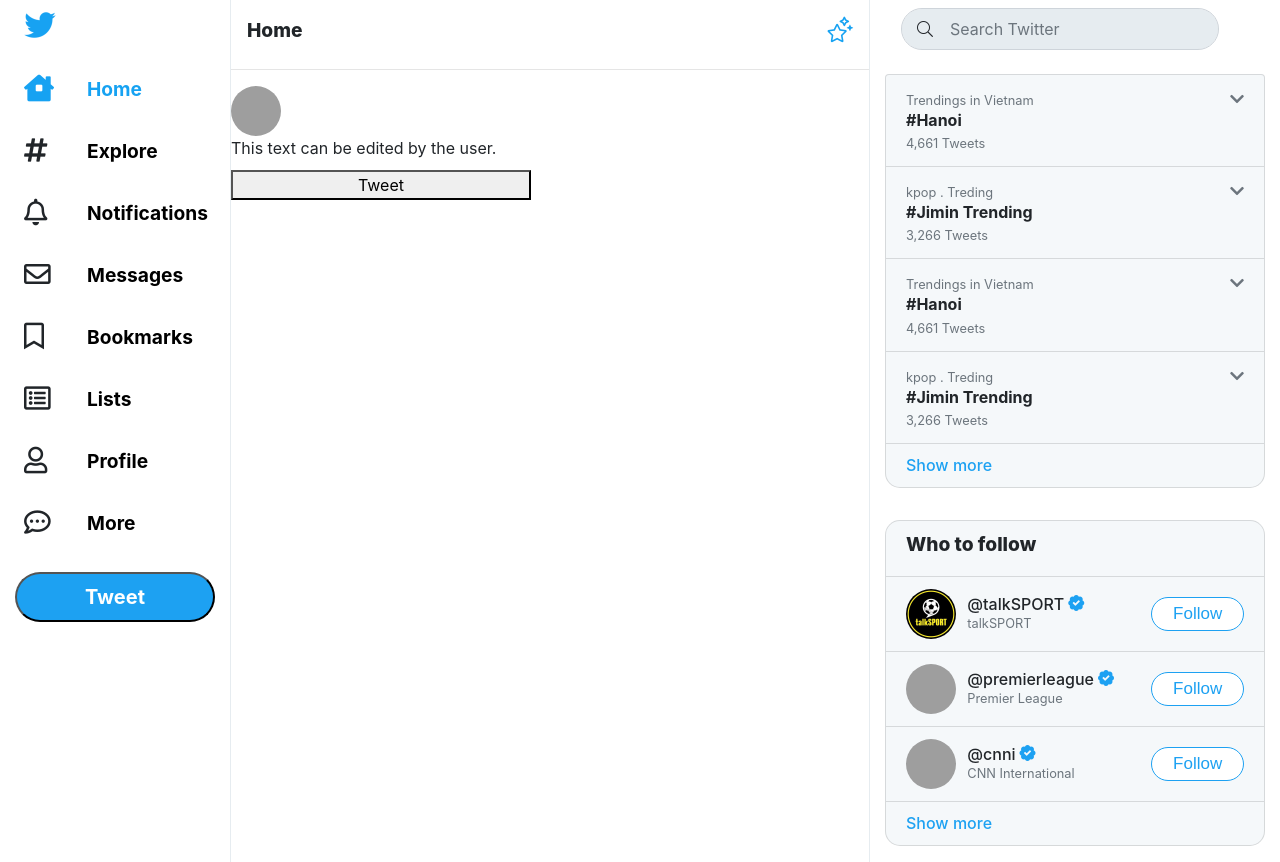
Repository: tts2610/Twitter-clone
Page: index.html
These files come from the project's save history. The page is drawn as it stood at one moment and after the next save; the edit follows.
The browser window is 1280 px wide. The pictures show the whole page.
Pictures or frames that could not be fetched are drawn as grey boxes.

Above is the page before, as saved 2020-05-23 16:03:07.
Console error: TypeError: Cannot read properties of null (reading 'addEventListener')

### index.html
<!DOCTYPE html>
<html lang="en">

<head>
    <meta charset="UTF-8">
    <!-- <meta name="viewport" content="width=device-width, initial-scale=1.0"> -->
    <title>Document</title>
    <link rel="stylesheet" href="css/style.css">
    <!-- Latest compiled and minified CSS -->
    <link rel="stylesheet" href="https://maxcdn.bootstrapcdn.com/bootstrap/4.5.0/css/bootstrap.min.css">

    <!-- jQuery library -->
    <script src="https://ajax.googleapis.com/ajax/libs/jquery/3.5.1/jquery.min.js"></script>

    <!-- Popper JS -->
    <script src="https://cdnjs.cloudflare.com/ajax/libs/popper.js/1.16.0/umd/popper.min.js"></script>

    <!-- Latest compiled JavaScript -->
    <script src="https://maxcdn.bootstrapcdn.com/bootstrap/4.5.0/js/bootstrap.min.js"></script>

    <!-- <link rel="stylesheet" crossorigin="anonymous" href="https://use.fontawesome.com/releases/v5.6.3/css/all.css" integrity="sha384-UHRtZLI+pbxtHCWp1t77Bi1L4ZtiqrqD80Kn4Z8NTSRyMA2Fd33n5dQ8lWUE00s/" /> -->
    <link rel="stylesheet" href="css/all.css">

</head>


<body>
    <div class="container" style="width: 100%;">
        <div class="row">
            <div class="col-3 pr-5">
                <div class="row">
                    <div class="col"><img src="/img/twt-logo1.png" alt="twitter-logo" width="50" height="50"></div>
                </div>
                <div class="row my-3">
                    <div id="outerMenuContainer" style="color: #16a2f2;">
                        <div class="col-2 mr-4 py-2 px-4" style="font-size: 20px;"><i class="fas fa-house fa-lg"></i></div>
                        <div class="col-10 py-2" style="margin-right: 0px;padding-right: 0px;font-weight: 700;font-size: larger;"> <a href="#Home" style="color: #16a2f2;">Home</a></div>
                    </div>

                </div>
                <div class="row my-3">
                    <div id="outerMenuContainer">
                        <div class="col-2 mr-4 py-2 px-4" style="font-size: 20px;"><i class="fas fa-hashtag fa-lg"></i></div>
                        <div class="col-10" style="margin-right: 0px;padding-right: 0px;font-weight: 700;font-size: larger;"><a href="#services">Explore</a></div>

                    </div>
                </div>
                <div class="row my-3">
                    <div id="outerMenuContainer">
                        <div class="col-2 mr-4 py-2 px-4" style="font-size: 20px;"><i class="far fa-bell fa-lg"></i></div>
                        <div class="col-10" style="margin-right: 0px;padding-right: 0px;font-weight: 700;font-size: larger;"><a href="#clients">Notifications</a></div>

                    </div>
                </div>
                <div class="row my-3">
                    <div id="outerMenuContainer">
                        <div class="col-2 mr-4 py-2 px-4" style="font-size: 20px;"><i class="far fa-envelope fa-lg"></i></div>
                        <div class="col-10" style="margin-right: 0px;padding-right: 0px;font-weight: 700;font-size: larger;"><a href="#contact">Messages</a></div>
                    </div>
                </div>
                <div class="row my-3">
                    <div id="outerMenuContainer">
                        <div class="col-2 mr-4 py-2 px-4" style="font-size: 20px;"><i class="far fa-bookmark fa-lg"></i></div>
                        <div class="col-10" style="margin-right: 0px;padding-right: 0px;font-weight: 700;font-size: larger;"><a href="#clients">Bookmarks</a></div>
                    </div>
                </div>
                <div class="row my-3">
                    <div id="outerMenuContainer">
                        <div class="col-2 mr-4 py-2 px-4" style="font-size: 20px;"><i class="far fa-list-alt fa-lg"></i></div>
                        <div class="col-10" style="margin-right: 0px;padding-right: 0px;font-weight: 700;font-size: larger;"><a href="#contact">Lists</a></div>
                    </div>
                </div>
                <div class="row my-3">
                    <div id="outerMenuContainer">
                        <div class="col-2 mr-4 py-2 px-4" style="font-size: 20px;"><i class="far fa-user fa-lg"></i></div>
                        <div class="col-10" style="margin-right: 0px;padding-right: 0px;font-weight: 700;font-size: larger;"><a href="#clients">Profile</a></div>
                    </div>
                </div>
                <div class="row my-3">
                    <div id="outerMenuContainer">
                        <div class="col-2 mr-4 py-2 px-4" style="font-size: 20px;"><i class="far fa-comment-dots fa-lg"></i></div>
                        <div class="col-10" style="margin-right: 0px;padding-right: 0px;font-weight: 700;font-size: larger;"><a href="#contact">More</a></div>
                    </div>
                </div>
                <div class="row my-3">
                    <div class="col"><button class="tweetbtn" href="#">Tweet</button></div>
                </div>
            </div>

            <div class="col-6" style="border-right: #e6ecf0 solid 1px; border-left: #e6ecf0 solid 1px; padding-left: 0px; padding-right: 0px;">
                <nav class="navbar sticky-top navbar-light my-2" id="leftNav">
                    <span>Home</span>
                    <span style="color: #16a2f2;"><i class="fal fa-stars fa-lg"></i></span>
                </nav>
                <hr/>
                <div id="inputArea">
                    <div class="row">
                        <div class="col">
                            <img src="https://d3pc1xvrcw35tl.cloudfront.net/ln/feedImages/643x481/bwpUoL-J_400x400_ckOpi7f_4RVQqqi_ZPjpFJN_cnPYP1e_202004.jpg" id="moreToFollowImg" alt="Avatar">
                        </div>
                        <div class="col"></div>
                    </div>
                    <!-- <input type="text" id="tweetArea" placeholder="What's happening"> -->
                    <div contenteditable="true">
                        This text can be edited by the user.
                    </div>
                    <button id="tweetBtn" onclick="post()">Tweet</button>
                    <span id="remain"></span>
                    <div id="content" class="mt-5">
                    </div>



                </div>
            </div>

            <div class="col-3">
                <nav class="navbar sticky-top navbar-light" id="rightNav">
                    <span style="position: absolute;z-index: 100;"><i class="fal fa-search ml-3"></i></span>
                    <div><input class="form-control mr-sm-2 pl-5" type="search" placeholder="Search Twitter" aria-label="Search" id="search"></div>
                </nav>
                <div id="trendings" class="py-3">
                    <ul class="list-group mb-3">
                        <!-- <li class="list-group-item d-flex justify-content-between lh-condensed header" style="border-radius: 15px 15px 0px 0px;" id="trendingHeader">
                            <div>
                                <div class="trends-header">Trends for you</div>
                            </div>
                            <span class="text-muted"><i class="fal fa-cog" style="COLOR: rgba(29,161,242,1.00); font-size: larger;"></i></span>
                        </li> -->
                        <li class="list-group-item d-flex justify-content-between lh-condensed content" id="trending1">
                            <div>
                                <small class="text-muted">Trendings in Vietnam</small>
                                <h6 class="my-0 hashtag">#Hanoi</h6>
                                <small class="text-muted">4,661 Tweets</small>
                            </div>
                            <span class="text-muted"><i class="fas fa-chevron-down"></i></span>
                        </li>
                        <li class="list-group-item d-flex justify-content-between lh-condensed content" id="trending2">
                            <div>
                                <small class="text-muted">kpop . Treding</small>
                                <h6 class="my-0 hashtag">#Jimin Trending</h6>
                                <small class="text-muted">3,266 Tweets</small>
                            </div>
                            <span class="text-muted"><i class="fas fa-chevron-down"></i></span>
                        </li>
                        <li class="list-group-item d-flex justify-content-between lh-condensed content" id="trending3">
                            <div>
                                <small class="text-muted">Trendings in Vietnam</small>
                                <h6 class="my-0 hashtag">#Hanoi</h6>
                                <small class="text-muted">4,661 Tweets</small>
                            </div>
                            <span class="text-muted"><i class="fas fa-chevron-down"></i></span>
                        </li>
                        <li class="list-group-item d-flex justify-content-between lh-condensed content" id="trending4">
                            <div>
                                <small class="text-muted">kpop . Treding</small>
                                <h6 class="my-0 hashtag">#Jimin Trending</h6>
                                <small class="text-muted">3,266 Tweets</small>
                            </div>
                            <span class="text-muted"><i class="fas fa-chevron-down"></i></span>
                        </li>
                        <li class="list-group-item d-flex justify-content-between lh-condensed content" style="border-radius: 0px 0px 15px 15px">
                            <div>
                                <h6 class="my-0"><a href="#" style="COLOR: rgba(29,161,242,1.00); text-decoration: none;">Show more</a></h6>
                            </div>
                        </li>
                    </ul>
                </div>

                <div id="whoToFollow" class="">
                    <ul class="list-group mb-3">
                        <li class="list-group-item d-flex justify-content-between lh-condensed" style="border-radius: 15px 15px 0px 0px;">
                            <div>
                                <h5 class="whoToFollow-header">Who to follow</h5>
                            </div>
                        </li>
                        <li class="list-group-item content">
                            <div class="row">
                                <div class="col-2">
                                    <img src="img/profileImages/talkSport.jpg" id="moreToFollowImg" alt="Avatar">
                                </div>
                                <div class="col-6">
                                    <div style="display: flex;">
                                        <h6 class="my-0 hashtag">@talkSPORT</h6>
                                        <i class="ml-1 fas fa-badge-check"></i>
                                    </div>

                                    <small class="text-muted">talkSPORT</small>

                                </div>
                                <div class="col-4">
                                    <a href="#" class="followBtn">Follow</a>
                                </div>
                            </div>
                        </li>
                        <li class="list-group-item content">
                            <div class="row">
                                <div class="col-2">
                                    <img src="https://d3pc1xvrcw35tl.cloudfront.net/ln/feedImages/643x481/bwpUoL-J_400x400_ckOpi7f_4RVQqqi_ZPjpFJN_cnPYP1e_202004.jpg" id="moreToFollowImg" alt="Avatar">
                                </div>
                                <div class="col-6">
                                    <div style="display: flex;">
                                        <h6 class="my-0 hashtag">@premierleague</h6>
                                        <i class="ml-1 fas fa-badge-check"></i>
                                    </div>

                                    <small class="text-muted">Premier League</small>

                                </div>
                                <div class="col-4">
                                    <a href="#" class="followBtn">Follow</a>
                                </div>
                            </div>
                        </li>
                        <li class="list-group-item content">
                            <div class="row">
                                <div class="col-2">
                                    <img src="https://upload.wikimedia.org/wikipedia/commons/thumb/6/66/CNN_International_logo.svg/1200px-CNN_International_logo.svg.png" id="moreToFollowImg" alt="Avatar">
                                </div>
                                <div class="col-6">
                                    <div style="display: flex;">
                                        <h6 class="my-0 hashtag">@cnni</h6>
                                        <i class="ml-1 fas fa-badge-check"></i>
                                    </div>

                                    <small class="text-muted">CNN International</small>

                                </div>
                                <div class="col-4">
                                    <a href="#" class="followBtn">Follow</a>
                                </div>
                            </div>
                        </li>
                        <li class="list-group-item d-flex justify-content-between lh-condensed content" style="border-radius: 0px 0px 15px 15px">
                            <div>
                                <h6 class="my-0"><a href="#" style="COLOR: rgba(29,161,242,1.00); text-decoration: none;">Show more</a></h6>
                            </div>
                        </li>
                    </ul>
                </div>
            </div>
        </div>
        <!-- END COL-3 -->
    </div>

    <script src="js/script.js"></script>
    <script src="js/moment.js"></script>
</body>

</html>

### css/style.css
* {
    box-sizing: border-box;
}

body {
    font-family: “Helvetica Neue”, Helvetica, Arial, sans-serif;
}


/* body .container {
    max-width: 80%;
    padding-left: 0px;
    padding-right: 0px;
} */


/* .container {
    width: 60%;
} */

@media (min-width: 1200px) {
    body .container {
        max-width: 100%;
    }
}


/* extra large devices */

@media screen and (min-width: 1800px) {
    body .container {
        max-width: 70%;
    }
}

.container .row .col-3 {
    max-width: 230px;
}

#leftNav {
    display: flex;
    justify-content: space-between;
    font-size: larger;
    font-weight: 800;
    background-color: white;
}

#rightNav {
    min-width: 380px;
    background-color: white;
}

#rightNav .input-group-prepend {
    background-color: white !important;
    color: white !important;
}

#search {
    border-radius: 30px;
    height: 10px;
    padding: 20px;
    position: relative;
    width: 318px;
    background-color: #e6ecf0;
}

.sidenav {
    height: 100%;
    position: fixed;
    z-index: 1;
    top: 0;
    left: 0;
    background-color: rgb(255, 255, 255);
    overflow-x: hidden;
    padding-top: 20px;
    border-right: 1px solid lightgrey;
}

.sidenav a {
    text-decoration: none;
    font-size: 25px;
    color: #000000;
    display: block;
    font-family: system-ui, -apple-system, BlinkMacSystemFont, "Segoe UI", Roboto, Ubuntu, "Helvetica Neue", sans-serif;
    ;
    margin: 5px;
    margin-bottom: 10px;
}

.sidenav a:hover {
    color: #16afdd;
}

.main {
    margin-left: 160px;
    /* Same as the width of the sidenav /
    font-size: 28px; / Increased text to enable scrolling */
    padding: 0px 10px;
}

@media screen and (max-height: 450px) {
    .sidenav {
        padding-top: 15px;
    }
    .sidenav a {
        font-size: 18px;
    }
}

.tweetbtn {
    height: 50px;
    width: 200px;
    border-radius: 40px;
    background-color: rgb(29, 161, 242);
    color: white;
    font-weight: bolder;
    font-size: 20px;
    cursor: pointer;
    margin-left: 0px;
    margin-top: 10px;
}

.tweetbtn:hover {
    background-color: rgba(26, 145, 218);
}

.home {
    display: flex;
}

.explore {
    display: flex;
}

.notifications {
    display: flex;
}

.messages {
    display: flex;
}

.bookmarks {
    display: flex;
}

.lists {
    display: flex;
}

.profile {
    display: flex;
}

.more {
    display: flex;
}


/* Clear floats after the columns */

.row:after {
    content: "";
    display: table;
    clear: both;
}

tr {
    text-align: center;
}

#tweetArea {
    width: max-content;
    height: 50px;
}

#tweetBtn {
    margin-top: 10px;
    width: 300px;
}

#trendings {
    min-width: 380px;
}

#trendings .list-group-item {
    background-color: #f5f8fa;
}

#trendings .content {
    cursor: pointer;
}

#trendings .trends-header {
    font-weight: 800;
    font-size: larger;
}

#trendings .content:hover {
    filter: brightness(97%)
}

#trendings ul li .hashtag {
    font-weight: 700;
}

#moreToFollowImg {
    border-radius: 50%;
    width: 50px;
    height: 50px;
}

.fa-badge-check {
    color: rgba(29, 161, 242, 1.00);
}

.followBtn {
    -webkit-border-radius: 20px;
    -moz-border-radius: 20px;
    border-radius: 25px;
    color: #1DA1F2;
    font-family: Arial;
    font-size: 17px;
    font-weight: 200;
    padding: 3px;
    background-color: #FFFFFF;
    border: solid #1DA1F2 1px;
    text-decoration: none;
    /* display: inline-block; */
    cursor: pointer;
    text-align: center;
}

.followBtn:hover {
    color: #1DA1F2;
    background: #CFE7F6;
    border-radius: 25px;
    text-decoration: none;
    opacity: 0.7;
}

#whoToFollow {
    min-width: 380px;
}

#whoToFollow .list-group-item {
    background-color: #f5f8fa;
}

#whoToFollow .content {
    cursor: pointer;
}

#whoToFollow .content:hover {
    filter: brightness(97%)
}

#whoToFollow .row .col-6 {
    display: flex;
    flex-direction: column;
    justify-content: center;
}

#whoToFollow .row .col-6 .hashtag {
    text-overflow: ellipsis;
    white-space: nowrap;
    overflow: hidden;
}

#whoToFollow .row .col-4 {
    display: flex;
    flex-direction: column;
    justify-content: center;
}

#whoToFollow .whoToFollow-header {
    font-weight: 800;
    font-size: larger;
}

h6 {
    font-weight: 700;
}

#content .functionBar {
    display: flex;
    justify-content: space-between;
}

#content .row {
    padding: 30px;
    border: 1px solid lightgrey;
}

#content .row div {
    margin-top: 4px;
}

#outerMenuContainer {
    display: flex;
    flex-direction: row;
    align-items: center;
    width: max-content;
}

#outerMenuContainer:hover {
    color: #1DA1F2 !important;
    background: #CFE7F6;
    border-radius: 25px;
    text-decoration: none;
    opacity: 0.7;
    /* padding: 5px 0px 5px 3px;
    width: max-content; */
}

#outerMenuContainer:hover a {
    color: #1DA1F2 !important;
}

#outerMenuContainer a {
    text-decoration: none;
    color: black;
}

Loaded but not shown: css/all.css (library); js/moment.js (library); js/script.js (178 lines, source omitted)

After the next save:
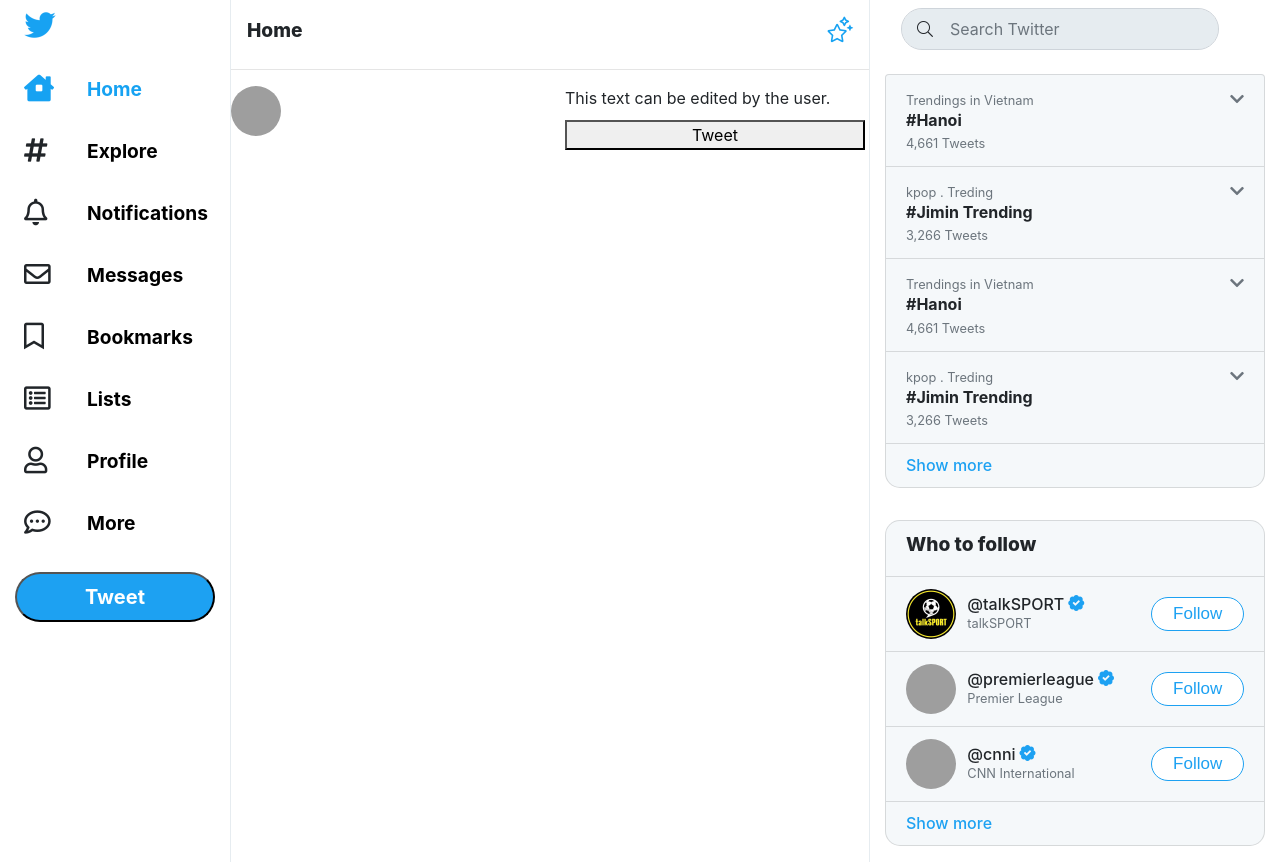
Saved 30 s later.
--- a/index.html
+++ b/index.html
@@ -98,15 +98,20 @@
                         <div class="col">
                             <img src="https://d3pc1xvrcw35tl.cloudfront.net/ln/feedImages/643x481/bwpUoL-J_400x400_ckOpi7f_4RVQqqi_ZPjpFJN_cnPYP1e_202004.jpg" id="moreToFollowImg" alt="Avatar">
                         </div>
-                        <div class="col"></div>
-                    </div>
-                    <!-- <input type="text" id="tweetArea" placeholder="What's happening"> -->
-                    <div contenteditable="true">
-                        This text can be edited by the user.
-                    </div>
-                    <button id="tweetBtn" onclick="post()">Tweet</button>
-                    <span id="remain"></span>
-                    <div id="content" class="mt-5">
+                        <div class="col">
+                            <div contenteditable="true">
+                                This text can be edited by the user.
+                            </div>
+
+                            <button id="tweetBtn" onclick="post()">Tweet</button>
+                            <span id="remain"></span>
+                            <div id="content" class="mt-5">
+
+                            </div>
+                        </div>
+                        <!-- <input type="text" id="tweetArea" placeholder="What's happening"> -->
+
+
                     </div>
 
 
